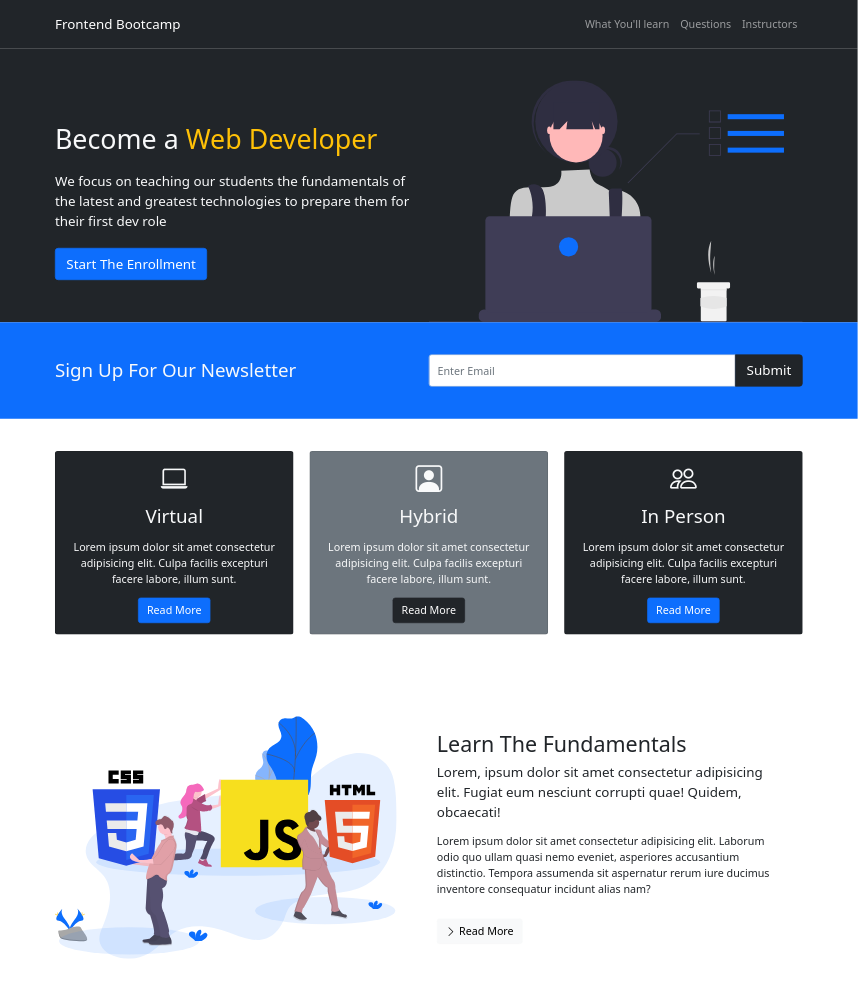
Repository: Marhamat92/Bootstrap5-Responsive-Website-
Page: index.html
The author's editor kept a copy of each file at every save. The page is drawn from the files as they stood at one save, then again after the next save.
The browser window is 1280 px wide. The pictures show the whole page, at 67% of full size.
Some web libraries are served in a nearby version.

Above is the page before, as saved 2021-09-18 17:44:33.

### index.html
<!DOCTYPE html>
<html lang="en">

<head>
    <meta charset="UTF-8">
    <meta http-equiv="X-UA-Compatible" content="IE=edge">
    <meta name="viewport" content="width=device-width, initial-scale=1.0">
    <link href="https://cdn.jsdelivr.net/npm/bootstrap@5.0.2/dist/css/bootstrap.min.css" rel="stylesheet"
        integrity="sha384-EVSTQN3/azprG1Anm3QDgpJLIm9Nao0Yz1ztcQTwFspd3yD65VohhpuuCOmLASjC" crossorigin="anonymous">
    <link rel="stylesheet" href="https://cdn.jsdelivr.net/npm/bootstrap-icons@1.3.0/font/bootstrap-icons.css">
    <link rel="stylesheet" href="style.css">
    <title>Frontend Bootcamp</title>

</head>

<body>
    <!--Navbar-->
    <nav class="navbar navbar-expand-lg bg-dark navbar-dark py-3">
        <div class="container">
            <a href="#" class="navbar-brand">Frontend Bootcamp</a>
            <button class="navbar-toggler" type="button" data-bs-toggle="collapse" data-bs-target="#navmenu">
                <span class="navbar-toggler-icon"></span>
            </button>
            <div class="collapse navbar-collapse" id="navmenu">
                <ul class="navbar-nav ms-auto">
                    <li class="nav-item">
                        <a href="#learn" class="nav-link">What You'll learn</a>
                    </li>
                    <li class="nav-item">
                        <a href="#questions" class="nav-link">Questions</a>
                    </li>
                    <li class="nav-item">
                        <a href="#instructors" class="nav-link">Instructors</a>
                    </li>
                </ul>
            </div>
        </div>
    </nav>

    <!--Showcase-->

    <section class="bg-dark text-light p-5 p-lg-0 pt-lg-5 text-center text-sm-start">
        <div class="container">
            <div class="d-sm-flex align-items-center justify-content-between">
                <div>
                    <h1>Become a <span class="text-warning">Web Developer</span> </h1>
                    <p class="lead my-4">We focus on teaching our students the fundamentals of the latest and
                        greatest technologies to prepare them for their first dev role
                    </p>
                    <button class="btn btn-primary btn-lg">Start The Enrollment</button>
                </div>
                <img class="img-fluid w-50 d-none d-sm-block" src="img/showcase.svg" alt="showcase">
            </div>
        </div>
    </section>


    <!--Newsletter-->
    <section class=" bg-primary text-light p-5">
        <div class="container">
            <div class="d-md-flex justify-content-between align-items-center">
                <h3 class="mb-3 mb-md-0">Sign Up For Our Newsletter</h3>
                <div class="input-group news-input">
                    <input type="text" class="form-control" placeholder="Enter Email">
                    <button class="btn btn-dark btn-lg" type="button">Submit</button>
                </div>

            </div>
        </div>
    </section>

    <!--Boxes-->
    <section class="p-5">
        <div class="container">
            <div class="row text-center g-4">
                <div class="col-md">
                    <div class="card bg-dark text-light">
                        <div class="card-body text-center">
                            <div class="h1 mb-3"><i class="bi bi-laptop"></i>
                            </div>
                            <h3 class="title mb-3">Virtual</h3>
                            <p class="card-text">
                                Lorem ipsum dolor sit amet consectetur adipisicing elit. Culpa facilis excepturi facere
                                labore, illum sunt.
                            </p>
                            <a href="#" class="btn btn-primary">Read More</a>
                        </div>
                    </div>
                </div>
                <div class="col-md">
                    <div class="card bg-secondary text-light">
                        <div class="card-body text-center">
                            <div class="h1 mb-3"><i class="bi bi-person-square"></i>
                            </div>
                            <h3 class="title mb-3">Hybrid</h3>
                            <p class="card-text">
                                Lorem ipsum dolor sit amet consectetur adipisicing elit. Culpa facilis excepturi facere
                                labore, illum sunt.
                            </p>
                            <a href="#" class="btn btn-dark">Read More</a>
                        </div>
                    </div>
                </div>
                <div class="col-md">
                    <div class="card bg-dark text-light">
                        <div class="card-body text-center">
                            <div class="h1 mb-3"><i class="bi bi-people"></i>
                            </div>
                            <h3 class="title mb-3">In Person</h3>
                            <p class="card-text">
                                Lorem ipsum dolor sit amet consectetur adipisicing elit. Culpa facilis excepturi facere
                                labore, illum sunt.
                            </p>
                            <a href="#" class="btn btn-primary">Read More</a>
                        </div>
                    </div>
                </div>
            </div>
        </div>
    </section>

    <!--Learn Sections-->
    <section id="learn" class="p-5">
        <div class="container">
            <div class="row align-items-center justify-content-between">
                <div class="col-md">
                    <img src="img/fundamentals.svg" class="img-fluid" alt="">
                </div>
                <div class="col-md p-5">
                    <h2>Learn The Fundamentals</h2>
                    <p class="lead">
                        Lorem, ipsum dolor sit amet consectetur adipisicing elit. Fugiat eum nesciunt corrupti quae!
                        Quidem, obcaecati!
                    </p>
                    <p>Lorem ipsum dolor sit amet consectetur adipisicing elit. Laborum odio quo ullam quasi nemo eveniet, asperiores accusantium distinctio. Tempora assumenda sit aspernatur rerum iure ducimus inventore consequatur incidunt alias nam?</p>
                    <a href="#" class="btn btn-light mt-3"><i class="bi bi-chevron-right"></i> Read More</a>
                </div>
            </div>
        </div>
    </section>





















    <script src="https://cdn.jsdelivr.net/npm/bootstrap@5.0.2/dist/js/bootstrap.bundle.min.js"
        integrity="sha384-MrcW6ZMFYlzcLA8Nl+NtUVF0sA7MsXsP1UyJoMp4YLEuNSfAP+JcXn/tWtIaxVXM" crossorigin="anonymous">
    </script>
</body>

</html>

### style.css
@media (min-width:768px) {
    .news-input{
        width:50%;
    }
}

After the next save:
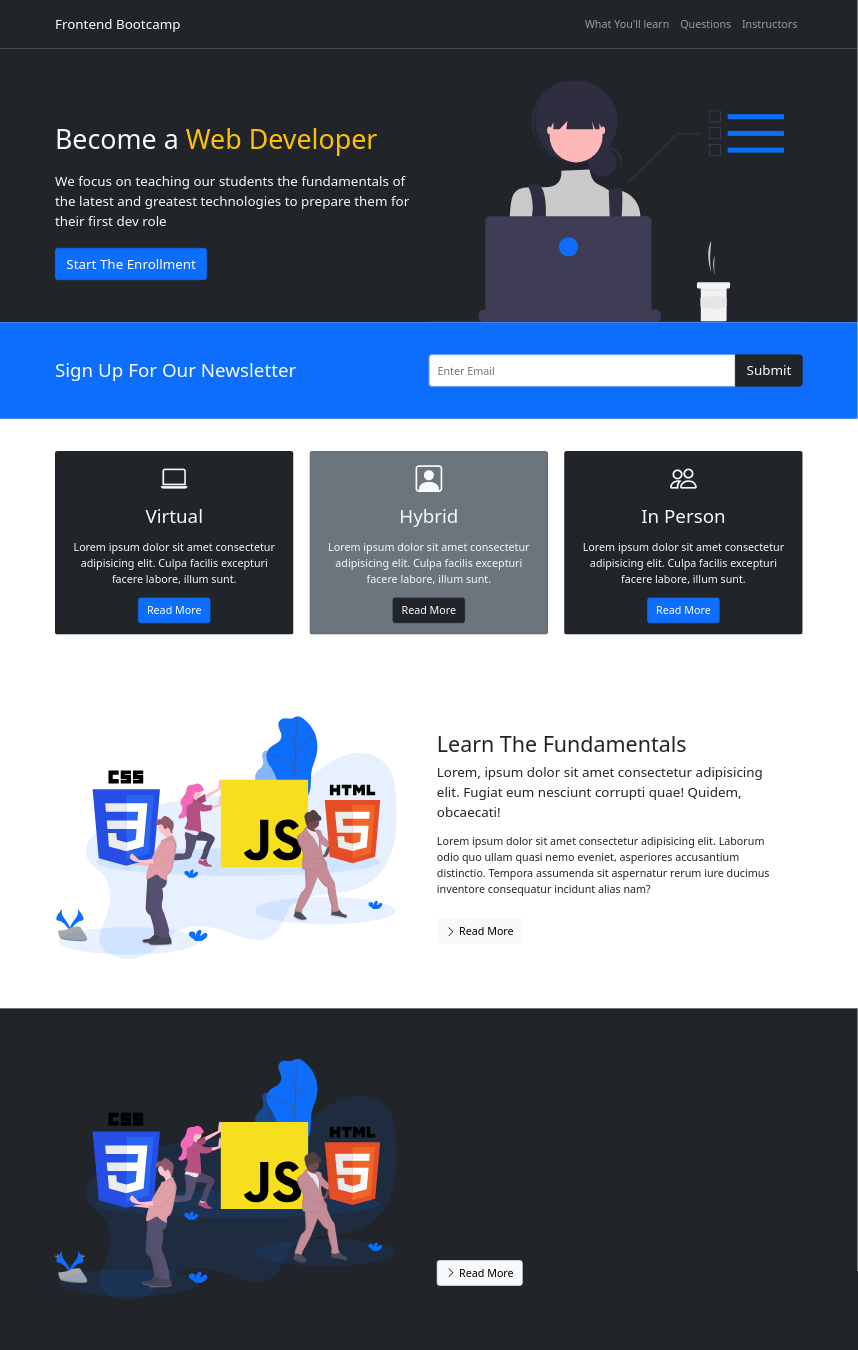
Saved 98 s later.
--- a/index.html
+++ b/index.html
@@ -141,6 +141,24 @@
 
 
 
+    <section id="learn" class="p-5 bg-dark">
+        <div class="container">
+            <div class="row align-items-center justify-content-between">
+                <div class="col-md">
+                    <img src="img/fundamentals.svg" class="img-fluid" alt="">
+                </div>
+                <div class="col-md p-5">
+                    <h2>Learn The Fundamentals</h2>
+                    <p class="lead">
+                        Lorem, ipsum dolor sit amet consectetur adipisicing elit. Fugiat eum nesciunt corrupti quae!
+                        Quidem, obcaecati!
+                    </p>
+                    <p>Lorem ipsum dolor sit amet consectetur adipisicing elit. Laborum odio quo ullam quasi nemo eveniet, asperiores accusantium distinctio. Tempora assumenda sit aspernatur rerum iure ducimus inventore consequatur incidunt alias nam?</p>
+                    <a href="#" class="btn btn-light mt-3"><i class="bi bi-chevron-right"></i> Read More</a>
+                </div>
+            </div>
+        </div>
+    </section>
 
 
 
